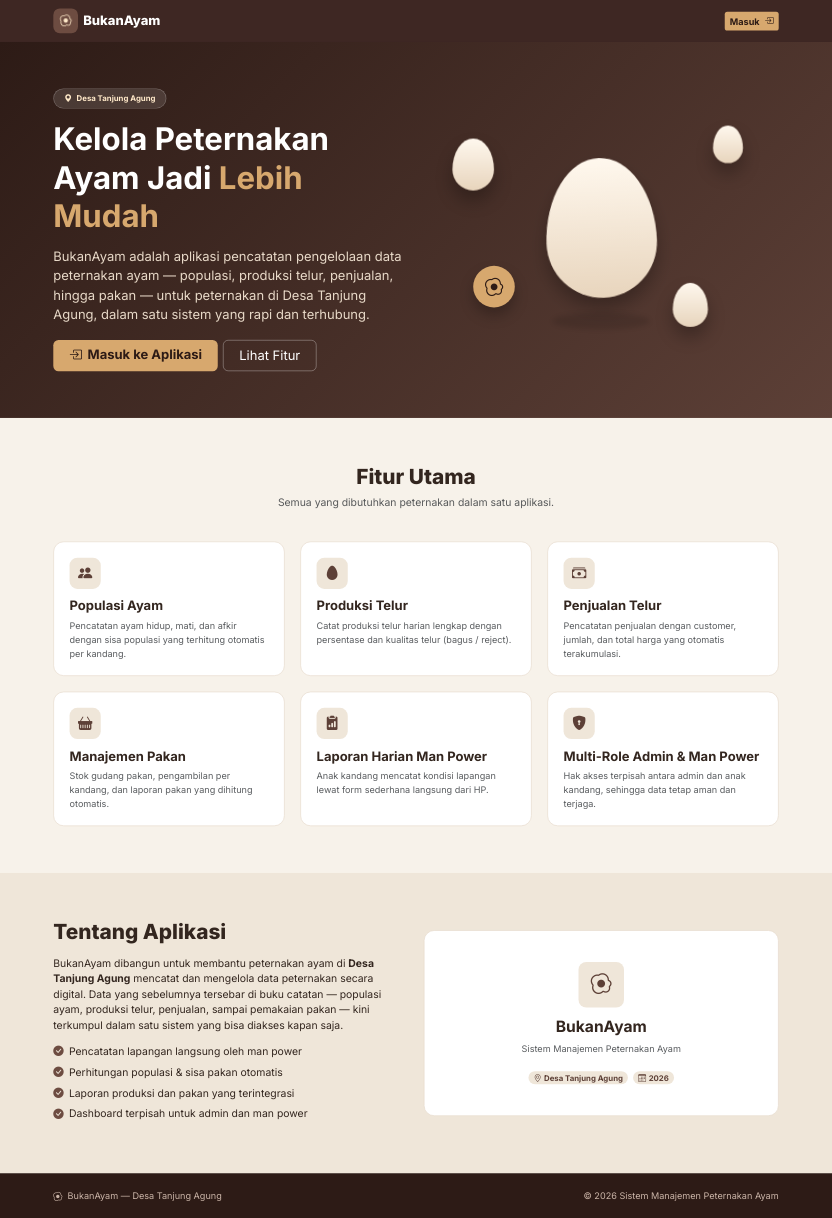
Repository: syafira-nur25/bukanayampart1
Page: http://localhost/
The author's editor kept a copy of each file at every save. The page is drawn from the files as they stood at one save, then again after a run of saves.
The browser window is 1280 px wide. The pictures show the whole page, at 65% of full size.
The page is served by the project's Laravel application, run on PHP 8.4 with Laravel 12. Other server files are loaded and not shown.

Above is the page before, as saved 2026-08-17 12:16:56.

### routes/web.php
<?php

use Illuminate\Support\Facades\Route;
use Illuminate\Support\Facades\Auth;
use App\Http\Controllers\KandangController;
use App\Http\Controllers\PopulasiController;
use App\Http\Controllers\ProduksiTelurController;
use App\Http\Controllers\PenjualanTelurController;
use App\Http\Controllers\PakanKandangController;
use App\Http\Controllers\PemberianPakanController;
use App\Http\Controllers\DashboardController;
use App\Http\Controllers\Manpower\LaporanHarianController;

// LANDING PAGE (publik)
Route::get('/', function () {
    return view('landing');
})->name('landing');

/* ========== KHUSUS ADMIN ========== */
Route::middleware(['auth', 'role:admin'])->group(function () {
    Route::get('/dashboard', [DashboardController::class, 'index'])->name('dashboard');

    Route::resource('kandang', KandangController::class);
    Route::resource('populasi', PopulasiController::class);
    Route::resource('produksi-telur', ProduksiTelurController::class);
    Route::resource('penjualan-telur', PenjualanTelurController::class);
    Route::resource('pemberian-pakan', PemberianPakanController::class);
    Route::resource('pakan-kandang', PakanKandangController::class);

    Route::get('/laporan-pakan', [PakanKandangController::class, 'laporan'])->name('pakan.laporan');
    Route::get('/admin/laporan', [LaporanHarianController::class, 'index'])->name('admin.laporan.index');
});

/* ========== KHUSUS MANPOWER ========== */
Route::middleware(['auth', 'role:manpower'])->group(function () {
    Route::get('/manpower/laporan', [LaporanHarianController::class, 'create'])->name('manpower.laporan.create');
    Route::post('/manpower/laporan', [LaporanHarianController::class, 'store'])->name('manpower.laporan.store');
});

require __DIR__.'/auth.php';

### resources/views/landing.blade.php
<!DOCTYPE html>
<html lang="id">
<head>
<meta charset="UTF-8">
<meta name="viewport" content="width=device-width, initial-scale=1.0">
<title>BukanAyam — Sistem Manajemen Peternakan Ayam | Desa Tanjung Agung</title>
<link href="https://cdn.jsdelivr.net/npm/bootstrap@5.3.3/dist/css/bootstrap.min.css" rel="stylesheet">
<link href="https://cdn.jsdelivr.net/npm/bootstrap-icons@1.11.3/font/bootstrap-icons.css" rel="stylesheet">
<link href="https://fonts.googleapis.com/css2?family=Inter:wght@400;500;600;700;800;900&display=swap" rel="stylesheet">
<style>
:root{
  --coklat-900:#2d1b16; --coklat-800:#3e2723; --coklat-700:#4e342e;
  --coklat-600:#5d4037; --coklat-500:#6d4c41; --coklat-400:#8d6e63;
  --krem:#f7f2ea; --krem-2:#efe6d9; --aksen:#d7a86e;
}
html{scroll-behavior:smooth}
body{font-family:'Inter',sans-serif;background:var(--krem);color:#33261f}

.nav-landing{background:var(--coklat-800)}
.nav-landing .navbar-brand{font-weight:800;color:#fff}
.brand-egg{width:38px;height:38px;border-radius:10px;background:var(--coklat-500);display:inline-flex;align-items:center;justify-content:center;color:#ffe9c9;font-size:18px;margin-right:8px}
.brand-egg i{display:inline-block;animation:wobble 2.6s ease-in-out infinite}
.btn-cta{background:var(--aksen);color:var(--coklat-900);font-weight:700;border:none}
.btn-cta:hover{background:#c6935a;color:var(--coklat-900)}
.btn-ghost{border:1px solid rgba(255,255,255,.45);color:#fff}
.btn-ghost:hover{background:rgba(255,255,255,.12);color:#fff}

.hero{background:linear-gradient(135deg,var(--coklat-900),var(--coklat-600));color:#fff;overflow:hidden}
.hero-badge{background:rgba(255,255,255,.12);border:1px solid rgba(255,255,255,.25);color:#ffe9c9}

.egg-stage{position:relative;min-height:360px}
.egg{position:absolute;background:linear-gradient(180deg,#fff8ee,#e8d5bd);border-radius:50% 50% 50% 50%/60% 60% 40% 40%;box-shadow:0 16px 28px rgba(0,0,0,.28)}
.egg.big{width:170px;height:215px;left:50%;margin-left:-85px;top:70px;animation:float 4s ease-in-out infinite}
.egg.s1{width:64px;height:80px;left:8%;top:40px;animation:float 3.2s .3s ease-in-out infinite}
.egg.s2{width:46px;height:58px;right:10%;top:20px;animation:float 3.6s .8s ease-in-out infinite}
.egg.s3{width:54px;height:68px;right:20%;bottom:30px;animation:float 3s 1.2s ease-in-out infinite}
.egg-shadow{position:absolute;width:150px;height:26px;background:rgba(0,0,0,.3);border-radius:50%;left:50%;margin-left:-75px;bottom:26px;filter:blur(4px);animation:shadow 4s ease-in-out infinite}
.chick-badge{position:absolute;left:14%;bottom:60px;width:64px;height:64px;border-radius:50%;background:var(--aksen);display:flex;align-items:center;justify-content:center;font-size:28px;color:var(--coklat-900);box-shadow:0 12px 22px rgba(0,0,0,.25);animation:float 3.4s .5s ease-in-out infinite}
@keyframes float{0%,100%{transform:translateY(0) rotate(-2deg)}50%{transform:translateY(-16px) rotate(2deg)}}
@keyframes shadow{0%,100%{transform:scale(1);opacity:.35}50%{transform:scale(.82);opacity:.22}}
@keyframes wobble{0%,100%{transform:rotate(0)}25%{transform:rotate(-10deg)}75%{transform:rotate(10deg)}}

.section-title{font-weight:800}
.feature-card{background:#fff;border:1px solid #e6dacc;border-radius:16px;padding:24px;height:100%;transition:.2s}
.feature-card:hover{transform:translateY(-4px);box-shadow:0 12px 26px rgba(93,64,55,.14)}
.feature-icon{width:48px;height:48px;border-radius:12px;background:var(--krem-2);color:var(--coklat-600);display:flex;align-items:center;justify-content:center;font-size:22px;margin-bottom:14px}
.about{background:var(--krem-2)}
.check-item i{color:var(--coklat-500)}
footer{background:var(--coklat-900);color:#cbb5a8}
</style>
</head>
<body>

<nav class="navbar navbar-dark nav-landing sticky-top">
  <div class="container">
    <span class="navbar-brand d-flex align-items-center">
      <span class="brand-egg"><i class="bi bi-egg-fried"></i></span> BukanAyam
    </span>
      @auth
        <a href="{{ auth()->user()->role === 'admin' ? route('dashboard') : route('manpower.laporan.create') }}" class="btn btn-cta btn-sm">
          Buka Dashboard <i class="bi bi-arrow-right ms-1"></i>
        </a>
      @else
        <a href="{{ route('login') }}" class="btn btn-cta btn-sm">Masuk <i class="bi bi-box-arrow-in-right ms-1"></i></a>
      @endauth
    </div>
  </div>
</nav>

<header class="hero py-5">
  <div class="container py-4">
    <div class="row align-items-center g-4">
      <div class="col-lg-6">
        <span class="badge hero-badge rounded-pill px-3 py-2 mb-3">
          <i class="bi bi-geo-alt-fill me-1"></i> Desa Tanjung Agung
        </span>
        <h1 class="display-5 fw-bold lh-sm mb-3">
          Kelola Peternakan Ayam Jadi <span style="color:var(--aksen)">Lebih Mudah</span>
        </h1>
        <p class="lead mb-4" style="color:#e8d9c8">
          BukanAyam adalah aplikasi pencatatan pengelolaan data peternakan ayam —
          populasi, produksi telur, penjualan, hingga pakan — untuk peternakan di
          Desa Tanjung Agung, dalam satu sistem yang rapi dan terhubung.
        </p>
        <div class="d-flex gap-2 flex-wrap">
          <a href="{{ route('login') }}" class="btn btn-cta btn-lg px-4">
            <i class="bi bi-box-arrow-in-right me-1"></i> Masuk ke Aplikasi
          </a>
          <a href="#fitur" class="btn btn-ghost btn-lg px-4">Lihat Fitur</a>
        </div>
      </div>
      <div class="col-lg-6 d-none d-lg-block">
        <div class="egg-stage">
          <div class="egg big"></div>
          <div class="egg s1"></div>
          <div class="egg s2"></div>
          <div class="egg s3"></div>
          <div class="chick-badge"><i class="bi bi-egg-fried"></i></div>
          <div class="egg-shadow"></div>
        </div>
      </div>
    </div>
  </div>
</header>

<section id="fitur" class="py-5">
  <div class="container py-4">
    <div class="text-center mb-5">
      <h2 class="section-title">Fitur Utama</h2>
      <p class="text-muted">Semua yang dibutuhkan peternakan dalam satu aplikasi.</p>
    </div>
    <div class="row g-4">
      <div class="col-md-6 col-lg-4">
        <div class="feature-card">
          <div class="feature-icon"><i class="bi bi-people-fill"></i></div>
          <h5 class="fw-bold">Populasi Ayam</h5>
          <p class="small text-muted mb-0">Pencatatan ayam hidup, mati, dan afkir dengan sisa populasi yang terhitung otomatis per kandang.</p>
        </div>
      </div>
      <div class="col-md-6 col-lg-4">
        <div class="feature-card">
          <div class="feature-icon"><i class="bi bi-egg-fill"></i></div>
          <h5 class="fw-bold">Produksi Telur</h5>
          <p class="small text-muted mb-0">Catat produksi telur harian lengkap dengan persentase dan kualitas telur (bagus / reject).</p>
        </div>
      </div>
      <div class="col-md-6 col-lg-4">
        <div class="feature-card">
          <div class="feature-icon"><i class="bi bi-cash-stack"></i></div>
          <h5 class="fw-bold">Penjualan Telur</h5>
          <p class="small text-muted mb-0">Pencatatan penjualan dengan customer, jumlah, dan total harga yang otomatis terakumulasi.</p>
        </div>
      </div>
      <div class="col-md-6 col-lg-4">
        <div class="feature-card">
          <div class="feature-icon"><i class="bi bi-basket-fill"></i></div>
          <h5 class="fw-bold">Manajemen Pakan</h5>
          <p class="small text-muted mb-0">Stok gudang pakan, pengambilan per kandang, dan laporan pakan yang dihitung otomatis.</p>
        </div>
      </div>
      <div class="col-md-6 col-lg-4">
        <div class="feature-card">
          <div class="feature-icon"><i class="bi bi-clipboard2-data-fill"></i></div>
          <h5 class="fw-bold">Laporan Harian Man Power</h5>
          <p class="small text-muted mb-0">Anak kandang mencatat kondisi lapangan lewat form sederhana langsung dari HP.</p>
        </div>
      </div>
      <div class="col-md-6 col-lg-4">
        <div class="feature-card">
          <div class="feature-icon"><i class="bi bi-shield-lock-fill"></i></div>
          <h5 class="fw-bold">Multi-Role Admin & Man Power</h5>
          <p class="small text-muted mb-0">Hak akses terpisah antara admin dan anak kandang, sehingga data tetap aman dan terjaga.</p>
        </div>
      </div>
    </div>
  </div>
</section>

<section id="tentang" class="about py-5">
  <div class="container py-4">
    <div class="row align-items-center g-4">
      <div class="col-lg-6">
        <h2 class="section-title mb-3">Tentang Aplikasi</h2>
        <p class="mb-3">
          BukanAyam dibangun untuk membantu peternakan ayam di
          <strong>Desa Tanjung Agung</strong> mencatat dan mengelola data peternakan
          secara digital. Data yang sebelumnya tersebar di buku catatan — populasi
          ayam, produksi telur, penjualan, sampai pemakaian pakan — kini terkumpul
          dalam satu sistem yang bisa diakses kapan saja.
        </p>
        <ul class="list-unstyled mb-0">
          <li class="check-item mb-2"><i class="bi bi-check-circle-fill me-2"></i>Pencatatan lapangan langsung oleh man power</li>
          <li class="check-item mb-2"><i class="bi bi-check-circle-fill me-2"></i>Perhitungan populasi & sisa pakan otomatis</li>
          <li class="check-item mb-2"><i class="bi bi-check-circle-fill me-2"></i>Laporan produksi dan pakan yang terintegrasi</li>
          <li class="check-item mb-2"><i class="bi bi-check-circle-fill me-2"></i>Dashboard terpisah untuk admin dan man power</li>
        </ul>
      </div>
      <div class="col-lg-6">
        <div class="feature-card text-center p-5">
          <div class="feature-icon mx-auto" style="width:70px;height:70px;font-size:32px">
            <i class="bi bi-egg-fried"></i>
          </div>
          <h4 class="fw-bold mt-3">BukanAyam</h4>
          <p class="text-muted small mb-4">Sistem Manajemen Peternakan Ayam</p>
          <div class="d-flex justify-content-center gap-2 flex-wrap">
            <span class="badge rounded-pill" style="background:var(--krem-2);color:var(--coklat-600)">
              <i class="bi bi-geo-alt me-1"></i>Desa Tanjung Agung
            </span>
            <span class="badge rounded-pill" style="background:var(--krem-2);color:var(--coklat-600)">
              <i class="bi bi-calendar3 me-1"></i>{{ date('Y') }}
            </span>
          </div>
        </div>
      </div>
    </div>
  </div>
</section>

<footer class="py-4">
  <div class="container d-flex flex-wrap justify-content-between gap-2 small">
    <span><i class="bi bi-egg-fried me-1"></i> BukanAyam — Desa Tanjung Agung</span>
    <span>© {{ date('Y') }} Sistem Manajemen Peternakan Ayam</span>
  </div>
</footer>

<script src="https://cdn.jsdelivr.net/npm/bootstrap@5.3.3/dist/js/bootstrap.bundle.min.js"></script>
</body>
</html>

Loaded but not shown: routes/auth.php (common file); app/Http/Controllers/Auth/EmailVerificationPromptController.php (common file); app/Http/Controllers/Controller.php (common file); app/Http/Controllers/Auth/VerifyEmailController.php (common file)

After the next 2 saves:
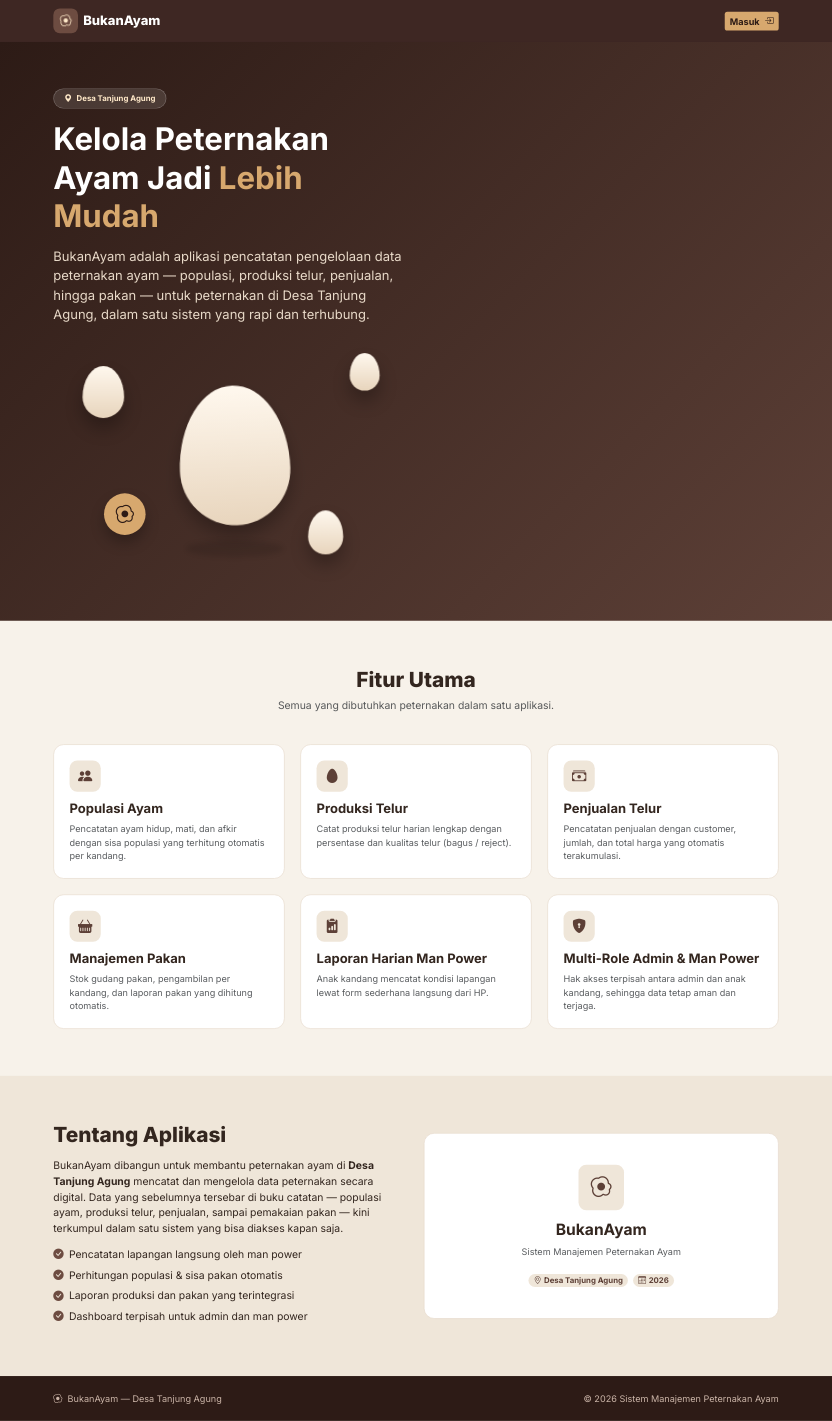
The 2 saves are shown as one change because they came seconds apart.
The last was saved 72 s later.
--- a/resources/views/landing.blade.php
+++ b/resources/views/landing.blade.php
@@ -82,11 +82,6 @@ footer{background:var(--coklat-900);color:#cbb5a8}
           populasi, produksi telur, penjualan, hingga pakan — untuk peternakan di
           Desa Tanjung Agung, dalam satu sistem yang rapi dan terhubung.
         </p>
-        <div class="d-flex gap-2 flex-wrap">
-          <a href="{{ route('login') }}" class="btn btn-cta btn-lg px-4">
-            <i class="bi bi-box-arrow-in-right me-1"></i> Masuk ke Aplikasi
-          </a>
-          <a href="#fitur" class="btn btn-ghost btn-lg px-4">Lihat Fitur</a>
         </div>
       </div>
       <div class="col-lg-6 d-none d-lg-block">
